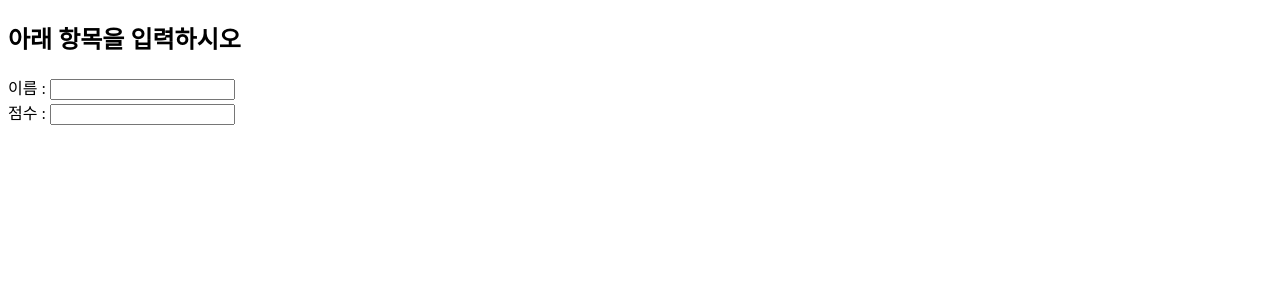
Repository: Hyuk-II/2-2
Page: 웹 프로그래밍/기말고사/src/main/webapp/grade.html
These files come from the project's save history. The page is drawn as it stood at one moment and after the next save; the edit follows.
The browser window is 1280 px wide. The pictures show the whole page.

Above is the page before, as saved 2024-12-09 01:35:21.

### 웹 프로그래밍/기말고사/src/main/webapp/grade.html
<!DOCTYPE html>
<html>
<head>
<meta charset="UTF-8">
<title>Q5</title>
</head>
<body>
	<h2>아래 항목을 입력하시오</h2>
	<form method = "post" action = "grade.jsp">
	이름 : <input type="text" name="name"><br>
	점수 : <input type="text" name="point"><br>
	</form>
</body>
</html>

After the next save:
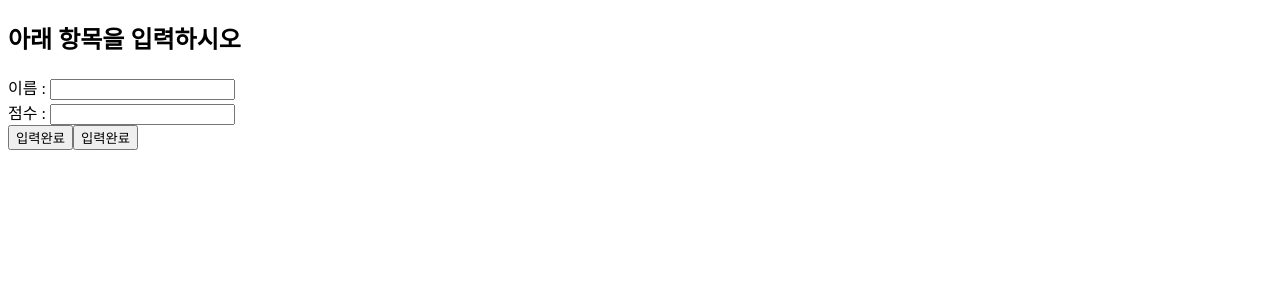
Saved 32 s later.
--- a/웹 프로그래밍/기말고사/src/main/webapp/grade.html
+++ b/웹 프로그래밍/기말고사/src/main/webapp/grade.html
@@ -9,6 +9,7 @@
 	<form method = "post" action = "grade.jsp">
 	이름 : <input type="text" name="name"><br>
 	점수 : <input type="text" name="point"><br>
+	<input type="submit" value="입력완료"><input type="reset" value="입력완료">
 	</form>
 </body>
 </html>
